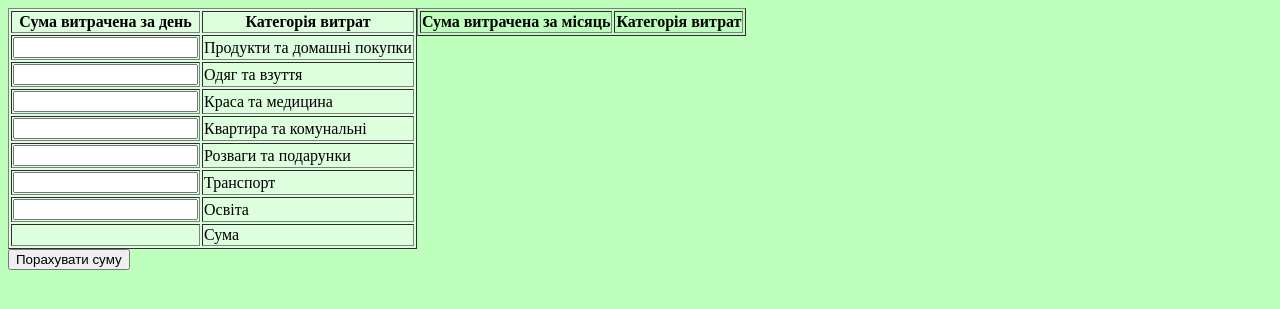
Repository: alexandrastarovoyda-star/Planer2
Page: index.html
The author's editor kept a copy of each file at every save. The page is drawn from the files as they stood at one save, then again after the next save.
The browser window is 1280 px wide. The pictures show the whole page.

Above is the page before, as saved 2026-03-25 22:00:45.

### index.html
<!DOCTYPE html>
<html lang="uk">
    <head>
            <meta charset="UTF-8">
            <title>Планер бюджету</title>
            <link rel="stylesheet" href="css/all.css">
            <link rel="stylesheet" href="css/index.css">
    </head>
    <body>
        <div class="table_ghorisontal">
            <div>
            <table border="1" class="table_calculator" id="day_spend_table">
                <tr>
                    <th>Сума витрачена за день</th>
                    <th>Категорія витрат</th>
                </tr>
            </table>
            <button id="Calculate_sum">Порахувати суму</button>
            </div>
            <div>
            <table border="1" class="table_calculator" id="month_spend_table">
                <tr>
                    <th>Сума витрачена за місяць</th>
                    <th>Категорія витрат</th>
                </tr>
            </table>
            </div>
        </div>
    <script src="js/index.js"></script>
    </body>
</html>

### css/all.css
body{
    background: rgba(172, 255, 172, 0.781);
}

### css/index.css
#day_spend_table{
    background: rgba(255, 255, 255, 0.466);
}

.table_ghorisontal{
    display: flex;
    gap: 50 px;
}

### js/index.js
const list1 = ['Продукти та домашні покупки', 'Одяг та взуття', 'Краса та медицина', 'Квартира та комунальні', 'Розваги та подарунки', 'Транспорт', 'Освіта'];

list1.forEach(Myfunction);
LoadData();

function Myfunction(value, id){
    const tr = document.createElement('tr');
    const td1 = document.createElement('td');
    const td2 = document.createElement('td');
    const input = document.createElement('input');
    input.type = 'number';
    input.id = `input_${id}`;
    input.addEventListener('input', SaveData);
    td2.textContent = value;
    td1.appendChild(input);
    tr.appendChild(td1);
    tr.appendChild(td2);
    document.getElementById('day_spend_table').appendChild(tr);
};

const tr = document.createElement('tr');
const td1 = document.createElement('td');
const td2 = document.createElement('td');
td1.id = `sum1`;
td2.textContent = 'Сума';
tr.appendChild(td1);
tr.appendChild(td2);
document.getElementById('day_spend_table').appendChild(tr);

function CalculeteSum(){
    let sum = 0;
    const inputs = document.querySelectorAll('#day_spend_table input');

    inputs.forEach(function(input){
        const value = Number(input.value);
        if(!isNaN(value)){
            sum += value;
        };
    });
    document.getElementById('sum1').textContent = sum;
};

document.getElementById('Calculate_sum').onclick = CalculeteSum;

function SaveData(){
    const inputs = document.querySelectorAll('#day_spend_table input');
    inputs.forEach(function (input){
        localStorage.setItem(input.id, input.value);
    });
};

function LoadData (){
    const inputs = document.querySelectorAll('#day_spend_table input');
    inputs.forEach(function(input){
        const saved = localStorage.getItem(input.id);
        if(saved !== null)
            input.value = saved;
    });
};

After the next save:
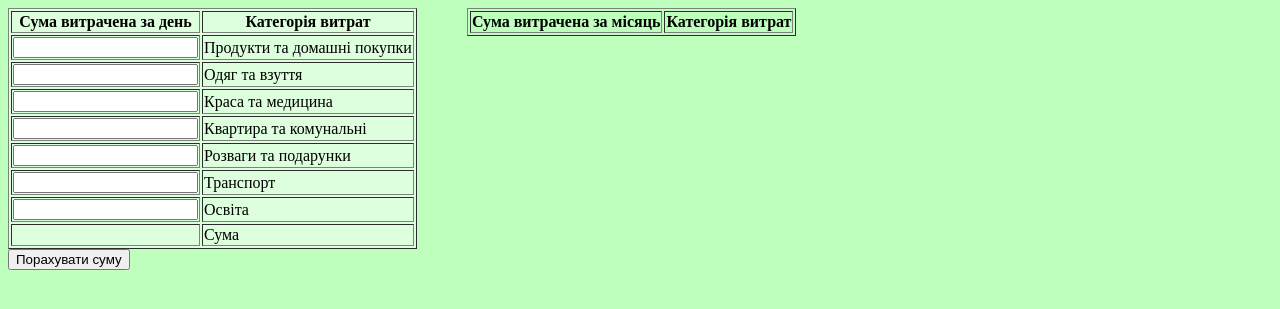
Saved 4 s later.
--- a/css/index.css
+++ b/css/index.css
@@ -4,5 +4,5 @@
 
 .table_ghorisontal{
     display: flex;
-    gap: 50 px;
+    gap: 50px;
 }
